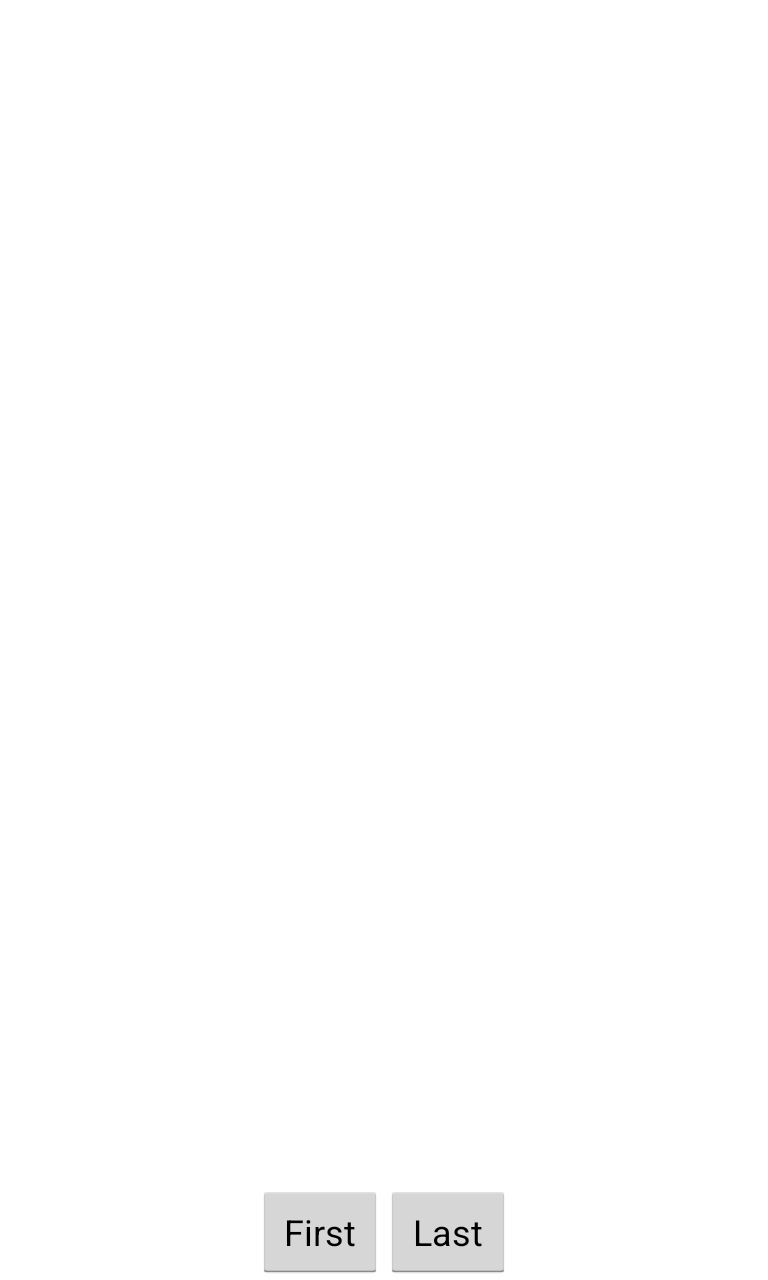
Repository: Pradeep-appstute/First
Layout: Control/res/layout/fragment_tickets.xml
The author's editor kept a copy of each file at every save. The layout is drawn from the files as they stood at one save, then again after the next save.
It is drawn on a 768 x 1280 px phone screen (xhdpi) without system bars, with theme AppTheme; the app's code is not run. Lists and similar views that code fills are empty.

Above is the layout before, as saved 2014-02-11 13:07:44.

After the next save:
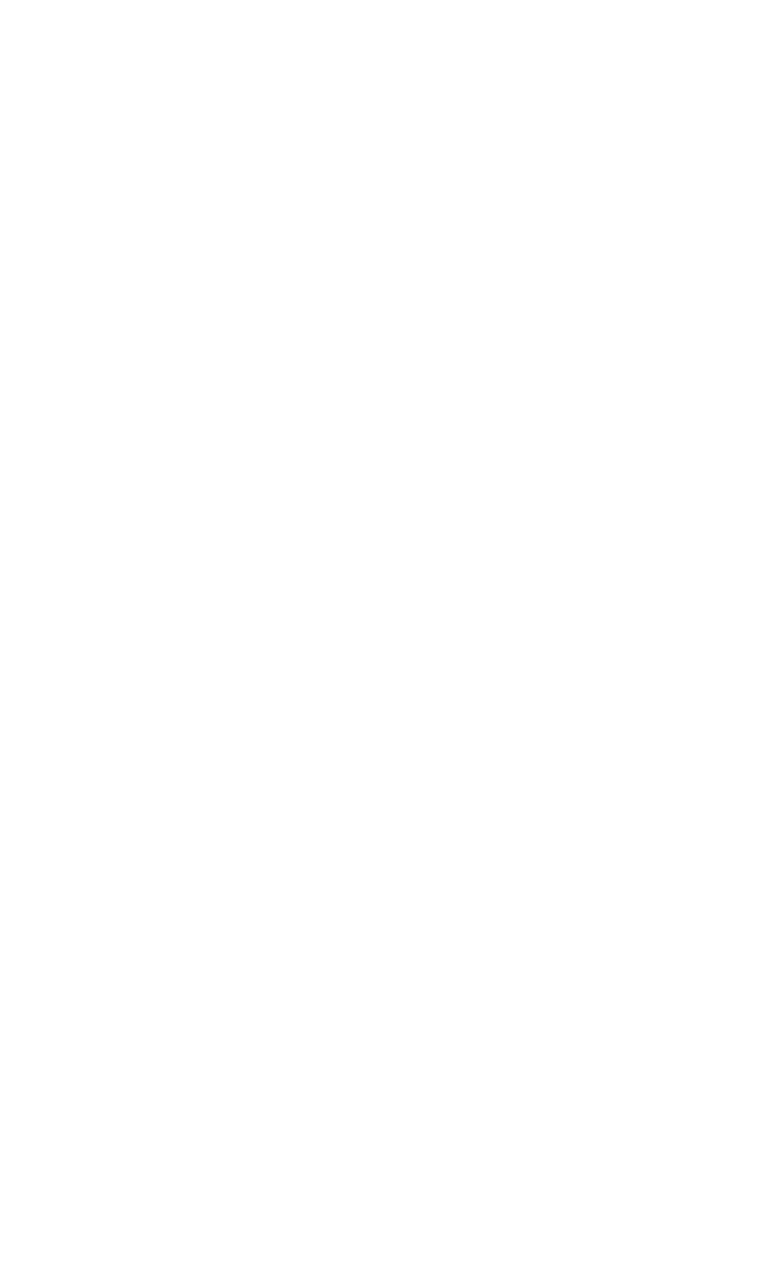
Saved 107 s later.
--- a/Control/res/layout/fragment_tickets.xml
+++ b/Control/res/layout/fragment_tickets.xml
@@ -12,27 +12,6 @@
         android:layout_weight="1" >
 </android.support.v4.view.ViewPager>
 
-<LinearLayout
-        android:layout_width="match_parent"
-        android:layout_height="wrap_content"
-        android:layout_weight="0"
-        android:gravity="center"
-        android:measureWithLargestChild="true"
-        android:orientation="horizontal" >
 
-<Button
-            android:id="@+id/first"
-            android:layout_width="wrap_content"
-            android:layout_height="wrap_content"
-            android:text="First" >
-        </Button>
-
-<Button
-            android:id="@+id/last"
-            android:layout_width="wrap_content"
-            android:layout_height="wrap_content"
-            android:text="Last" >
-</Button>
-</LinearLayout>
 
 </LinearLayout>

After the 4 saves that followed:
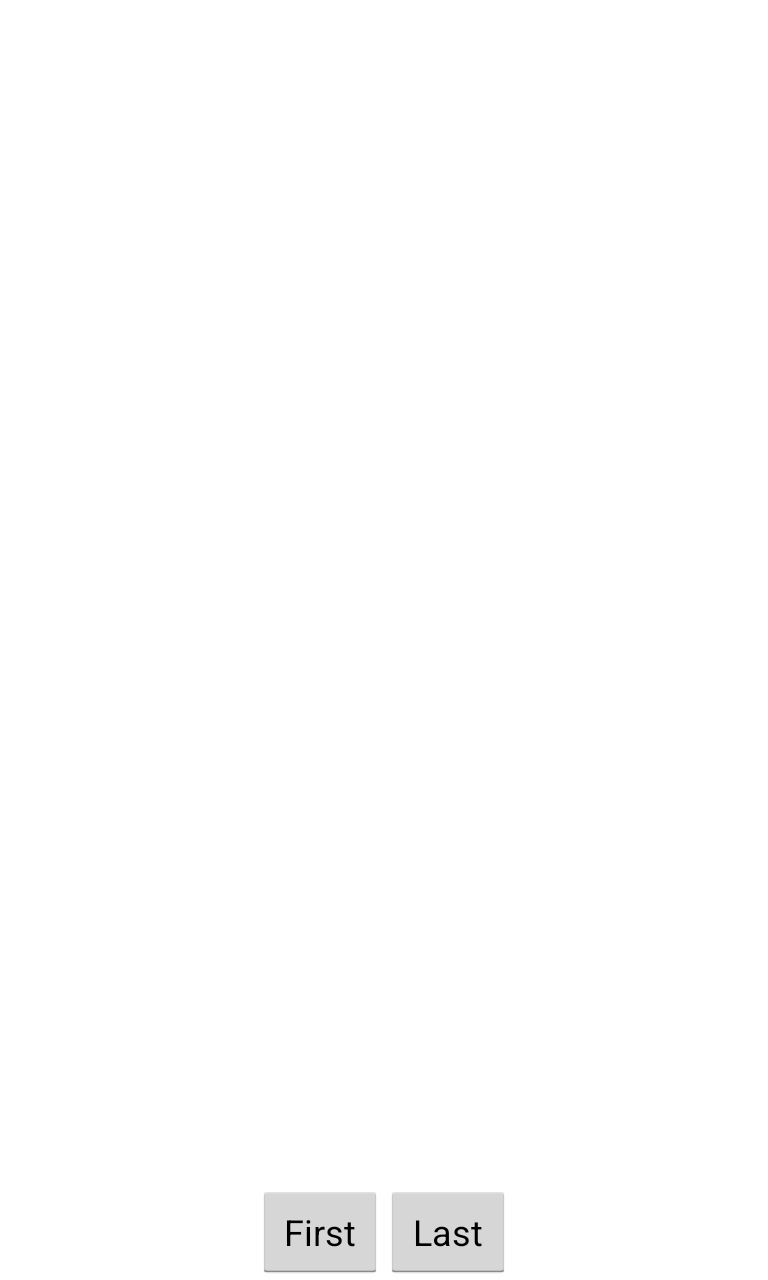
The 4 saves are shown as one change because 3 left the picture as it was.
The last was saved 9 min 30 s later.
--- a/Control/res/layout/fragment_tickets.xml
+++ b/Control/res/layout/fragment_tickets.xml
@@ -5,13 +5,33 @@
     android:orientation="vertical"
     android:id="@+id/lin_fragment_tickets"
     >
-    <android.support.v4.view.ViewPager
+ <android.support.v4.view.ViewPager
         android:id="@+id/pager"
         android:layout_width="match_parent"
         android:layout_height="0px"
         android:layout_weight="1" >
 </android.support.v4.view.ViewPager>
 
+<LinearLayout
+        android:layout_width="match_parent"
+        android:layout_height="wrap_content"
+        android:layout_weight="0"
+        android:gravity="center"
+        android:measureWithLargestChild="true"
+        android:orientation="horizontal" >
 
+<Button
+            android:id="@+id/first"
+            android:layout_width="wrap_content"
+            android:layout_height="wrap_content"
+            android:text="First" >
+        </Button>
+
+<Button
+            android:id="@+id/last"
+            android:layout_width="wrap_content"
+            android:layout_height="wrap_content"
+            android:text="Last" >
+</Button>
 
 </LinearLayout>
